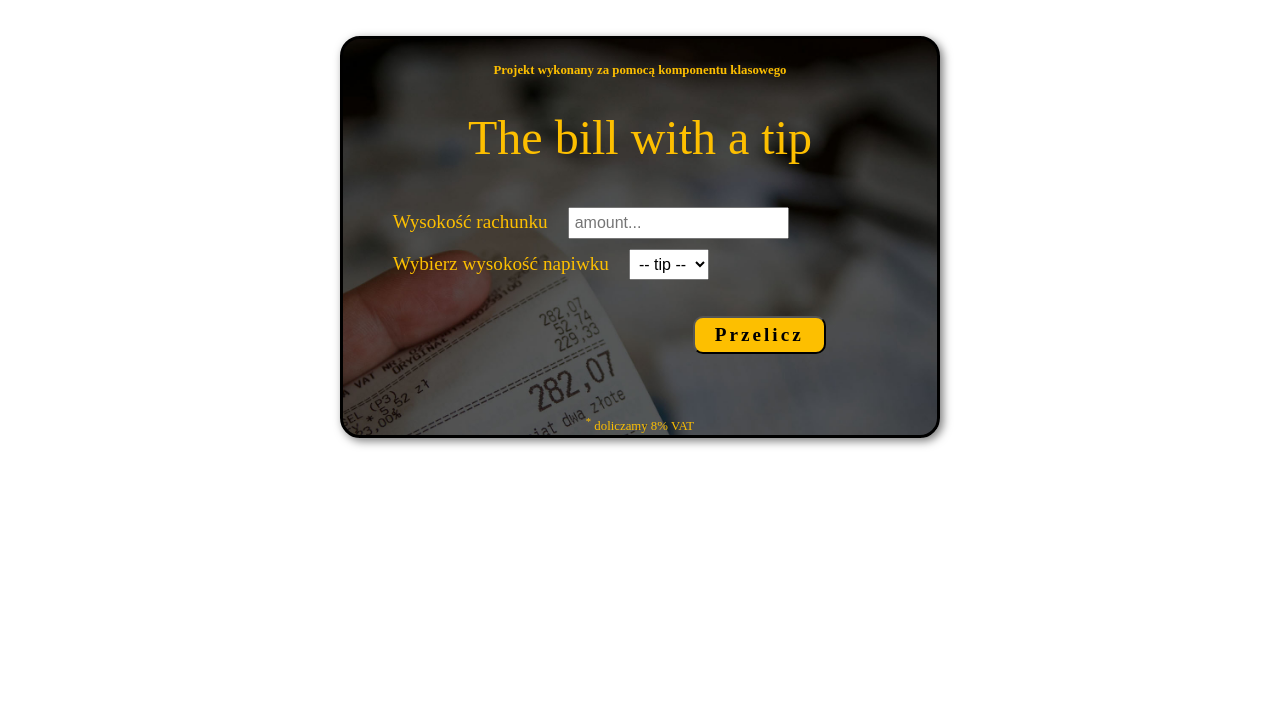
Repository: KrzysKolo/sr_tydzien4_zad1
Page: /
An editor plug-in stored every save of this project. The page is shown before and after the next save, followed by the edit.
The browser window is 1280 px wide. The pictures show the whole page.
Some web fonts or font styles are not loaded; a fallback is used. The project was rebuilt for these pictures with package versions that can differ from the ones it lists, and the page was loaded fresh each time. Also part of the build but not shown: src/components/ParagrapfCard.js.

Above is the page before, as saved 2020-11-06 15:06:07.

After the next save:
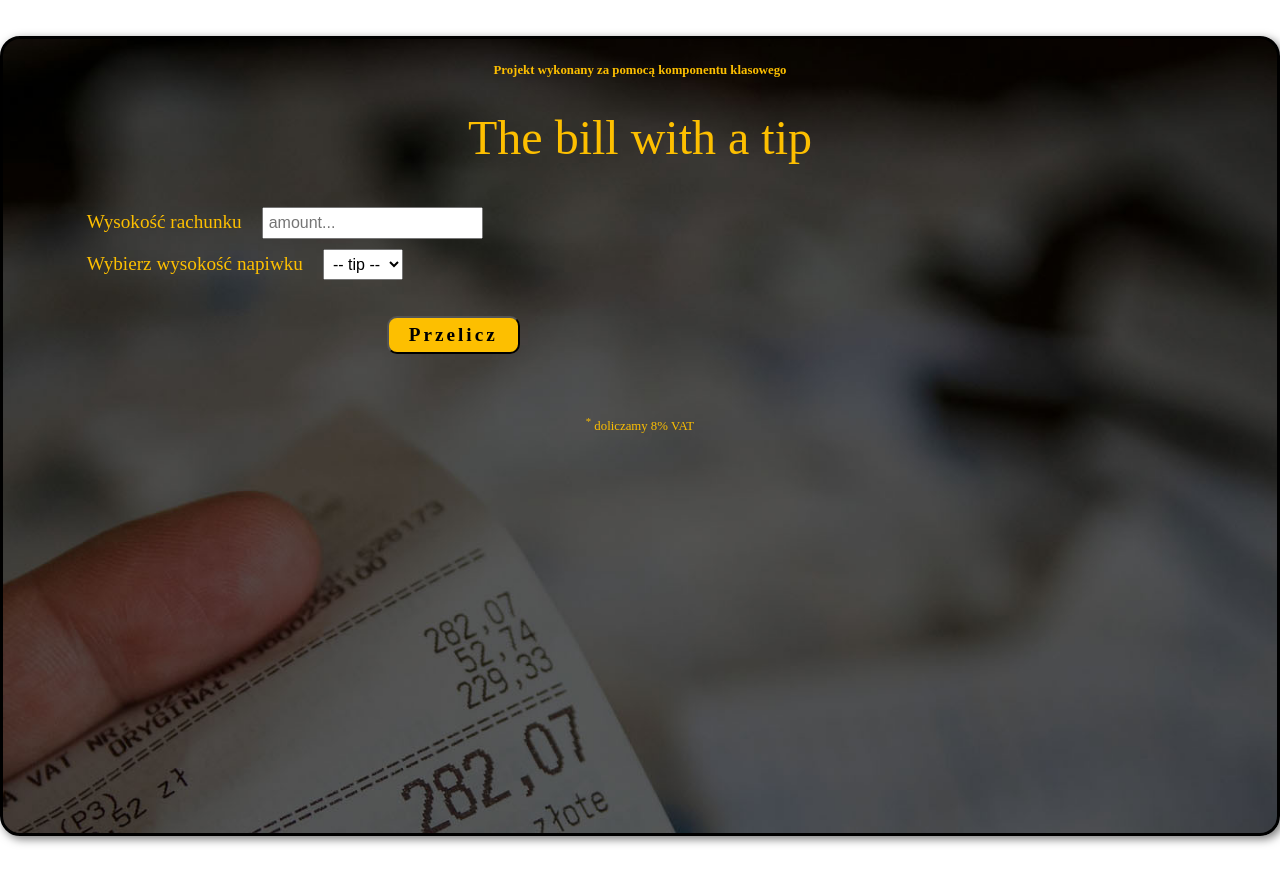
Saved 20 s later.
--- a/src/components/BillCard.css
+++ b/src/components/BillCard.css
@@ -1,6 +1,6 @@
 .billCard__wrapper {
-  max-width: 600px;
-  max-height: 800px;
+  min-width: 600px;
+  min-height: 800px;
   background: url("./../image/bill.jpg");
   background-size: cover;
   border: 3px solid black;
